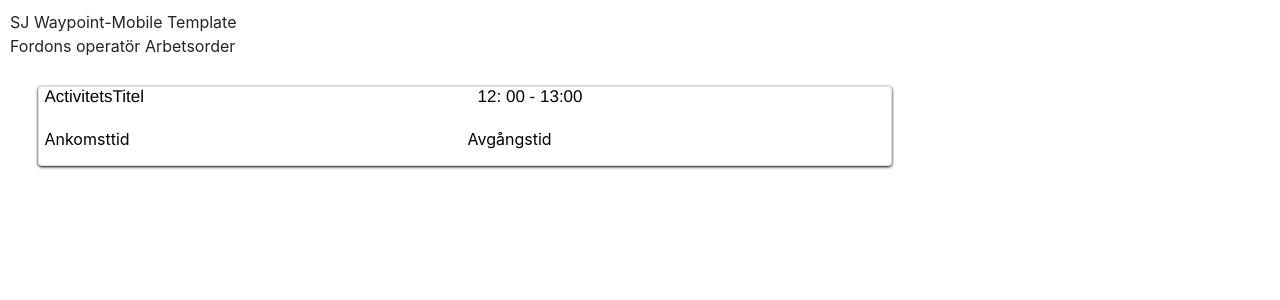
Repository: AdrianaLarsson/yarn-next-typescript
Page: /
These files come from the project's save history. The page is drawn as it stood at one moment and after a run of saves; the edit follows.
The browser window is 1280 px wide. The pictures show the whole page.
The project was rebuilt for these pictures with package versions that can differ from the ones it lists, and the page was loaded fresh each time. The framework's server and built-in components were replaced by stand-ins that run in the browser.

Above is the page before, as saved 2021-03-01 08:01:43.

### pages/_app.tsx
// Functionality
import type { AppProps } from 'next/app';
import Head from 'next/head';

// Styling
import 'bootstrap/dist/css/bootstrap.min.css';
import GlobalStyle from '../styles/Globals';
import { sjTheme } from '../styles/Theme';
import { ThemeProvider } from 'styled-components';

// Utils
import GlobalContext from '../components/particles/GlobalContext';

function MyApp({ Component, pageProps }: AppProps): JSX.Element {
  return (
    <>
      <Head>
        <title>SJ Template uhdiuasuasuash</title>
        <meta
          name="viewport"
          content="initial-scale=1.0, width=device-width"
          key="viewport"
        />
        <link rel="favicon" href="/favicon.ico" />
      </Head>
      <GlobalStyle />
      <ThemeProvider theme={sjTheme}>
        <GlobalContext.Provider value={'Context test value'}>
          <Component {...pageProps} />
        </GlobalContext.Provider>
      </ThemeProvider>
    </>
  );
}

export default MyApp;

### pages/index.tsx
// Functionality
import { GetServerSideProps, GetServerSidePropsContext } from 'next';
import VehicleOpreator from '../components/WorkOrderVehicleOperator/vehicleopreator';
import GlobalStyle from '../styles/Globals'
interface serverSideProps {
  dummyPropsValue: string;
}

const Index = (props: serverSideProps): JSX.Element => {
  return (
    <div>
      <main>
        <div>SJ Waypoint-Mobile Template</div>
        <VehicleOpreator/>
        <div>
        </div>
      </main>
    </div>
  );
};

export const getServerSideProps: GetServerSideProps = async (
  context: GetServerSidePropsContext
) => {
  return {
    props: {
      dummyPropsValue: context.resolvedUrl
    }
  };
};

export default Index;

### styles/Globals.ts
import { createGlobalStyle } from 'styled-components';

export default createGlobalStyle`
    body,
    container {
      padding: 10px;
      display: center;
      flex-direction: column;
      align-items: center;
    },
    html {
        padding: 0;
        margin: 0;
        font-family: "-apple-system", "BlinkMacSystemFont", "Segoe UI", "Roboto",
            "Oxygen", "Ubuntu", "Cantarell", "Fira Sans", "Droid Sans", "Helvetica Neue",
            "sans-serif";
        height: 1px;
        margin: auto;
    }
    a {
        color: inherit;
        text-decoration: none;
    }
    * {
        -webkit-box-sizing: border-box;
        box-sizing: border-box;
    }
`;

### styles/Theme.ts
import { DefaultTheme } from 'styled-components';

const sjTheme: DefaultTheme = {
  colors: {
    main: 'black',
    secondary: 'gray'
  }
};

export { sjTheme };

### components/particles/GlobalContext.tsx
import { createContext } from 'react';

const GlobalContext = createContext(null);

export default GlobalContext;

### components/WorkOrderVehicleOperator/vehicleopreator.tsx
import React from "react";
import styled from "styled-components";
import { B4,H2 } from "../../styles/Typography/texStyles";
import StyledCard from "../organisms/Card/Card";

export const GridTitle = styled.div`
  display: grid;
  grid-template-columns: repeat(2, 1fr);
  grid-template-rows: 5px 5px;
  grid-gap: 20px;
`;
export const GridBody = styled.div`
  display: grid;
  grid-template-columns: repeat(2, 1fr);
  grid-template-rows: 5px 5px;
  grid-gap: px;
`;

function vehicleOpreator() {
  return (
    <div>
      Fordons operatör Arbetsorder
      <StyledCard>
        <GridTitle>
          <B4>ActivitetsTitel</B4>
          <B4 style={{ fontSize: "17px" }}>12: 00 - 13:00</B4>
        </GridTitle>
        <GridBody>
        <H2>Ankomsttid</H2>
        <H2>Avgångstid</H2>
        </GridBody>
      </StyledCard>


    </div>
  );
}

export default vehicleOpreator;

### styles/Typography/texStyles.tsx
import styled,{ css} from 'styled-components'

const baseStyle = css`
  font-family: sj_sans, Helvetica, Arial, sans-serif;
  font-style: normal;
  font-stretch: normal;
  line-height: normal;
  letter-spacing: normal;
  font-weight: normal;
  text-align: left;
  opacity: ${props => (1)};
`;

 export const B4 = styled.h4`
  ${baseStyle}
  color: black;
  font-size: 17px;
`;
export const H2 = styled.span`
  color: black;
  margin-top: 10px;
  font-size: 16px;
`;

### components/organisms/Card/Card.tsx
//Components
import Card from 'react-bootstrap/Card';
//Packages
import styled from 'styled-components/'
import px2vw from '../../../styles/px2vw';

const StyledCard = styled(Card)`
display: flex;
width: ${px2vw(280, 315)};
height: 5em;
margin: ${px2vw(32)};
padding-left: 5px;
background-color: rgba(0,0,0,0.0);
box-shadow: 0 1px 3px 0 rgba(0,0,0, 1.5);
border-radius: 4px;
@media (min-width: 1024px) {
    width: ${px2vw(100, 150)};
  }
`;
export default StyledCard;

Loaded but not shown: styles/px2vw.tsx (common file)

After the next 4 saves:
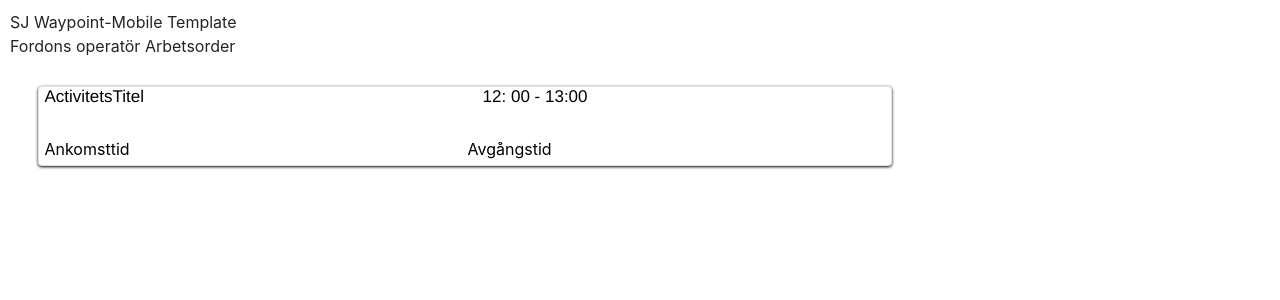
The 4 saves are shown as one change because they came seconds apart.
The last was saved 8 s later.
--- a/components/WorkOrderVehicleOperator/vehicleopreator.tsx
+++ b/components/WorkOrderVehicleOperator/vehicleopreator.tsx
@@ -7,7 +7,7 @@ export const GridTitle = styled.div`
   display: grid;
   grid-template-columns: repeat(2, 1fr);
   grid-template-rows: 5px 5px;
-  grid-gap: 20px;
+  grid-gap: 30px;
 `;
 export const GridBody = styled.div`
   display: grid;
